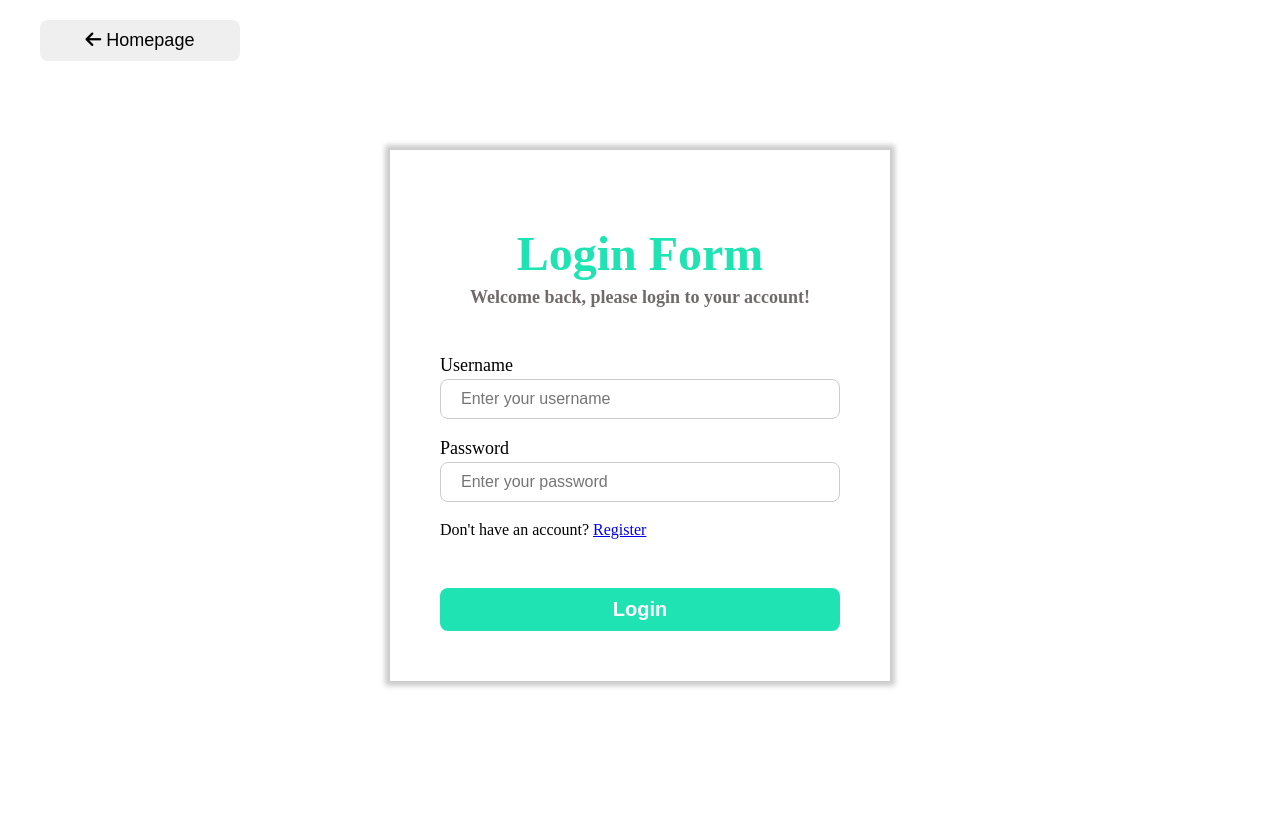
Repository: Trung0810/btl_cnpm_fe
Page: /
The author's editor kept a copy of each file at every save. The page is drawn from the files as they stood at one save, then again after a run of saves.
The browser window is 1280 px wide. The pictures show the whole page.
The project was rebuilt for these pictures with package versions that can differ from the ones it lists, and the page was loaded fresh each time. Also part of the build but not shown: src/components/header/header.css, src/components/header/Header.js, src/components/footer/Footer.css, src/components/footer/Footer.js, src/components/shoes_list/ShoesCard.css, src/components/shoes_list/ShoesCard.js, src/components/shoes_list/ShoesList.css, src/components/shoes_list/ShoesList.js and 14 more.

Above is the page before, as saved 2026-03-31 10:16:34.

After the next 2 saves:
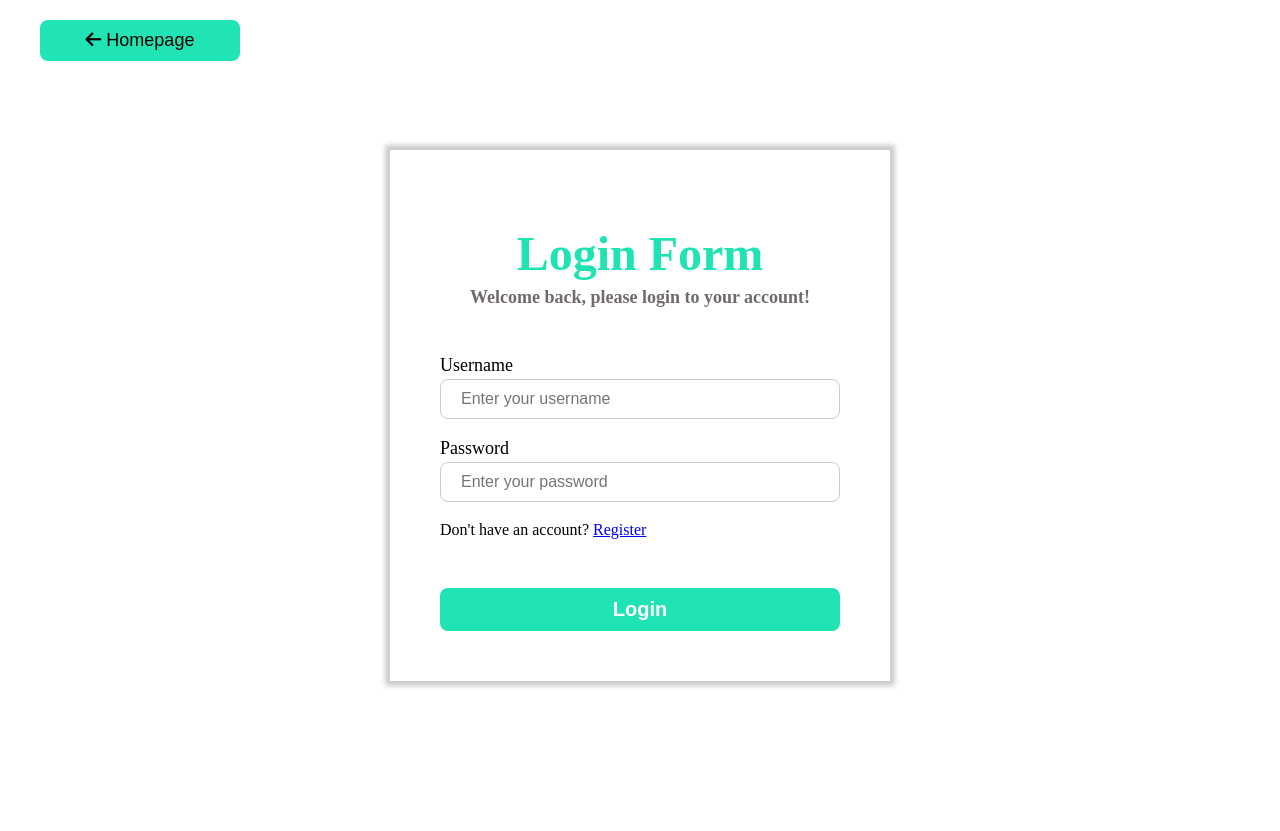
The 2 saves are shown as one change because 1 did not build or start.
The last was saved 66 s later.
--- a/src/components/login_page/LoginPage.js
+++ b/src/components/login_page/LoginPage.js
@@ -6,6 +6,7 @@ const LoginPage = () => {
     <Fragment>
       <button
         style={{
+          backgroundColor: "#20e4b3",
           position: "absolute",
           top: "20px",
           left: "40px",
